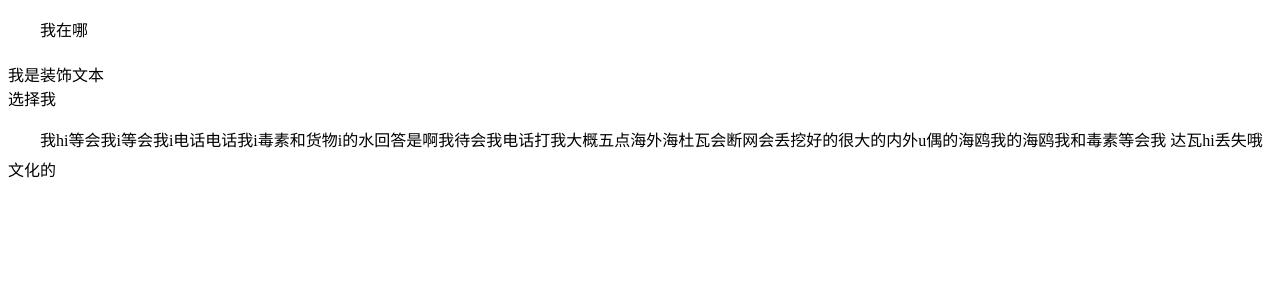
Repository: Qwenicq/My_project
Page: html/CSS_Learnin/04_text.html
An editor plug-in stored every save of this project. The page is shown before and after the next save, followed by the edit.
The browser window is 1280 px wide. The pictures show the whole page.

Above is the page before, as saved 2023-03-30 22:24:55.

After the next save:
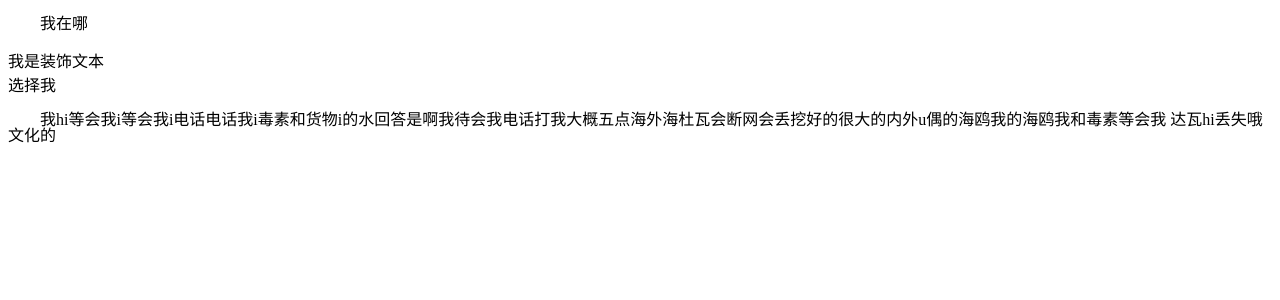
Saved 100 s later.
--- a/html/CSS_Learnin/04_text.html
+++ b/html/CSS_Learnin/04_text.html
@@ -13,7 +13,7 @@
             /* text-indent: 20px; */
             /* em是个相对单位，默认为一个字节 */
             text-indent: 2em;
-            line-height: 30px;
+            line-height: 16px;
         }
         div {
             /* text-decoration: underline; */
